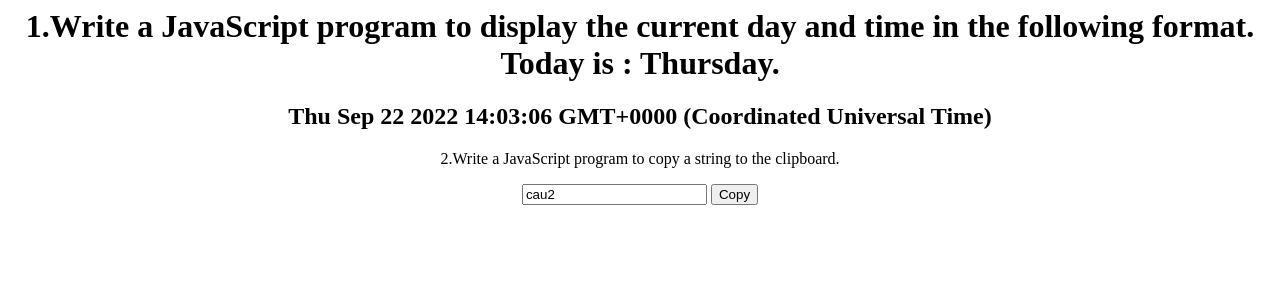
Repository: HoangDuy315/web-dev2022
Page: hw151022/ex1/ex1.html
The author's editor kept a copy of each file at every save. The page is drawn from the files as they stood at one save, then again after the next save.
The browser window is 1280 px wide. The pictures show the whole page.

Above is the page before, as saved 2022-10-15 12:22:05.

### hw151022/ex1/ex1.html
<!--JavaScript to display current Date and Time.-->

<html>
  <head>
    <title>JavaScript to display current Date and Time.</title>
  </head>

  <script type="text/javascript">
    function getCurrentDate() {
      var curDate = new Date();

      document.getElementById("showDate").innerHTML = curDate.toString();
    }
  </script>

  <body onLoad="getCurrentDate()" style="text-align: center">
    <h1>
      1.Write a JavaScript program to display the current day and time in the
      following format. Today is : Thursday.
    </h1>

    <!--Here date and time will display-->

    <h2 id="showDate"></h2>
    <script src="./ex1.js"></script>
  </body>

  <!-- 2 -->
  <body style="text-align: center">
    <p>2.Write a JavaScript program to copy a string to the clipboard.</p>
    <input type="text" value="cau2" id="testcau2" />
    <button onclick="cau2()">Copy</button>
    <script src="./ex1.js"></script>
  </body>
</html>

### hw151022/ex1/ex1.js
// 2

function cau2() {
  var cp2 = document.getElementById("testcau2");
  cp2.select();
  document.execCommand("copy");
  alert("Copied the text: " + cp2.value);
}

After the next save:
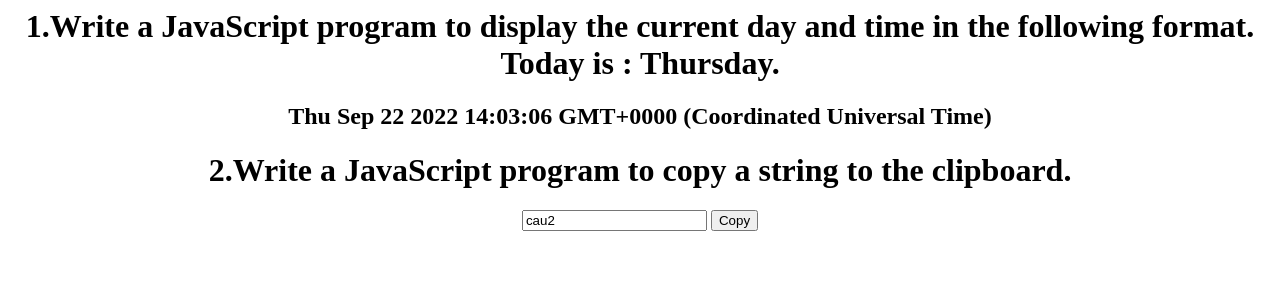
Saved 29 s later.
--- a/hw151022/ex1/ex1.html
+++ b/hw151022/ex1/ex1.html
@@ -27,7 +27,9 @@
 
   <!-- 2 -->
   <body style="text-align: center">
-    <p>2.Write a JavaScript program to copy a string to the clipboard.</p>
+    <h1 style="font-weight: bolder">
+      2.Write a JavaScript program to copy a string to the clipboard.
+    </h1>
     <input type="text" value="cau2" id="testcau2" />
     <button onclick="cau2()">Copy</button>
     <script src="./ex1.js"></script>
